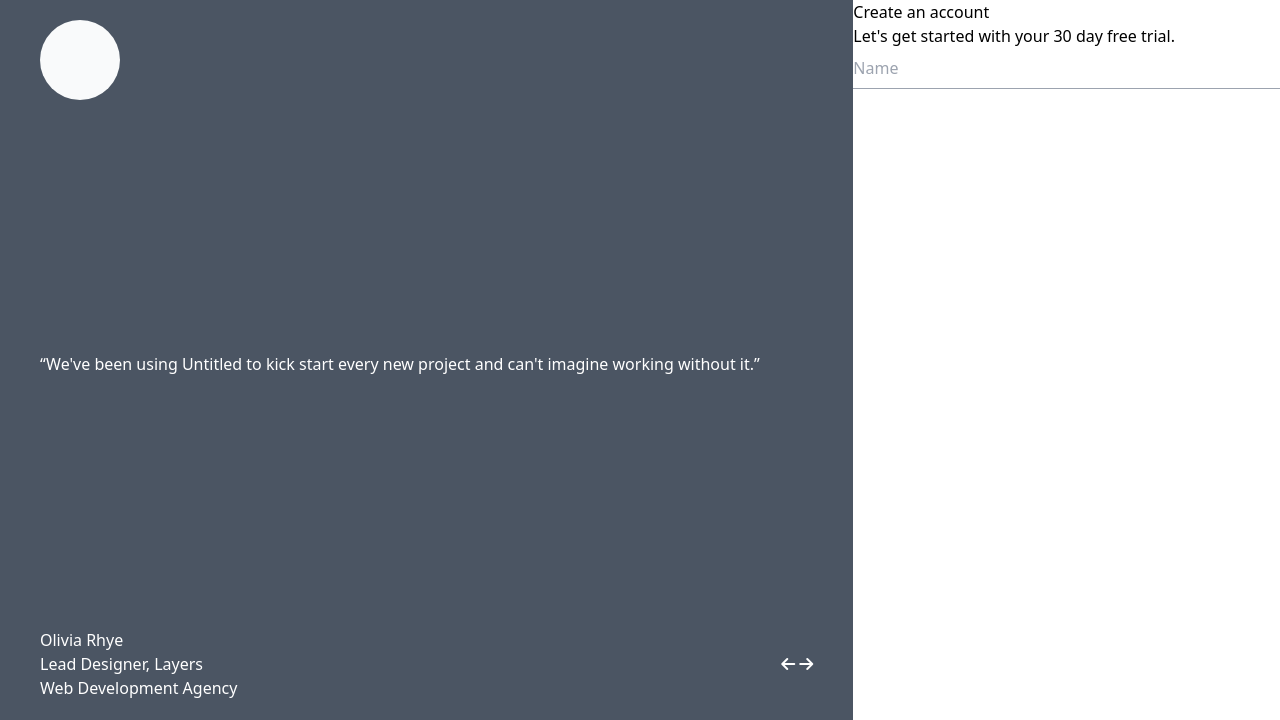
Repository: debthebuilder/youtube-html-contact-form-tailwindcss
Page: contact.html
The author's editor kept a copy of each file at every save. The page is drawn from the files as they stood at one save, then again after the next save.
The browser window is 1280 px wide. The pictures show the whole page.
Some web libraries are served in a nearby version.

Above is the page before, as saved 2022-08-03 05:42:46.

### contact.html
<!DOCTYPE html>
<html lang="en">
<head>
    <meta charset="UTF-8">
    <meta http-equiv="X-UA-Compatible" content="IE=edge">
    <meta name="viewport" content="width=device-width, initial-scale=1.0">
    <link rel="stylesheet" href="https://cdnjs.cloudflare.com/ajax/libs/font-awesome/6.1.2/css/all.min.css" integrity="sha512-1sCRPdkRXhBV2PBLUdRb4tMg1w2YPf37qatUFeS7zlBy7jJI8Lf4VHwWfZZfpXtYSLy85pkm9GaYVYMfw5BC1A==" crossorigin="anonymous" referrerpolicy="no-referrer" />
    <script src="https://cdn.tailwindcss.com"></script>
    <title>HTML Contact Form</title>
</head>
<body>
    <div class="w-full h-screen flex">
        <!--Background Image with Overlay text-->
        <div class="w-4/6 bg-gray-600 text-white flex flex-col justify-between py-5 px-10">
            <a href="#" class="block">
                <div class="w-20 h-20 bg-gray-50 rounded-full"></div>
            </a>
            <q>We've been using Untitled to kick start every new project and can't imagine working without it.</q>
            <div class="flex flex-row items-center justify-between">
                <div>
                    <h3>Olivia Rhye</h3>
                    <div>Lead Designer, Layers</div>
                    <span>Web Development Agency</span>
                </div>
                <div>
                    <span>
                        <i class="fa-solid fa-arrow-left"></i>
                    </span>
                    <span>
                        <i class="fa-solid fa-arrow-right"></i>
                    </span>
                </div>
            </div>
        </div>
        <!--Form-->
        <div class="w-2/6">
            <h2>Create an account</h2>
            <span>Let's get started with your 30 day free trial.</span>
            <form>
                <input type="text" name="name" placeholder="Name" class="w-full border-b border-gray-400 pb-2 focus:outline-none focus:border-0 focus:border-b-2 my-2">
            </form>
        </div>
    </div>
</body>
</html>

After the next save:
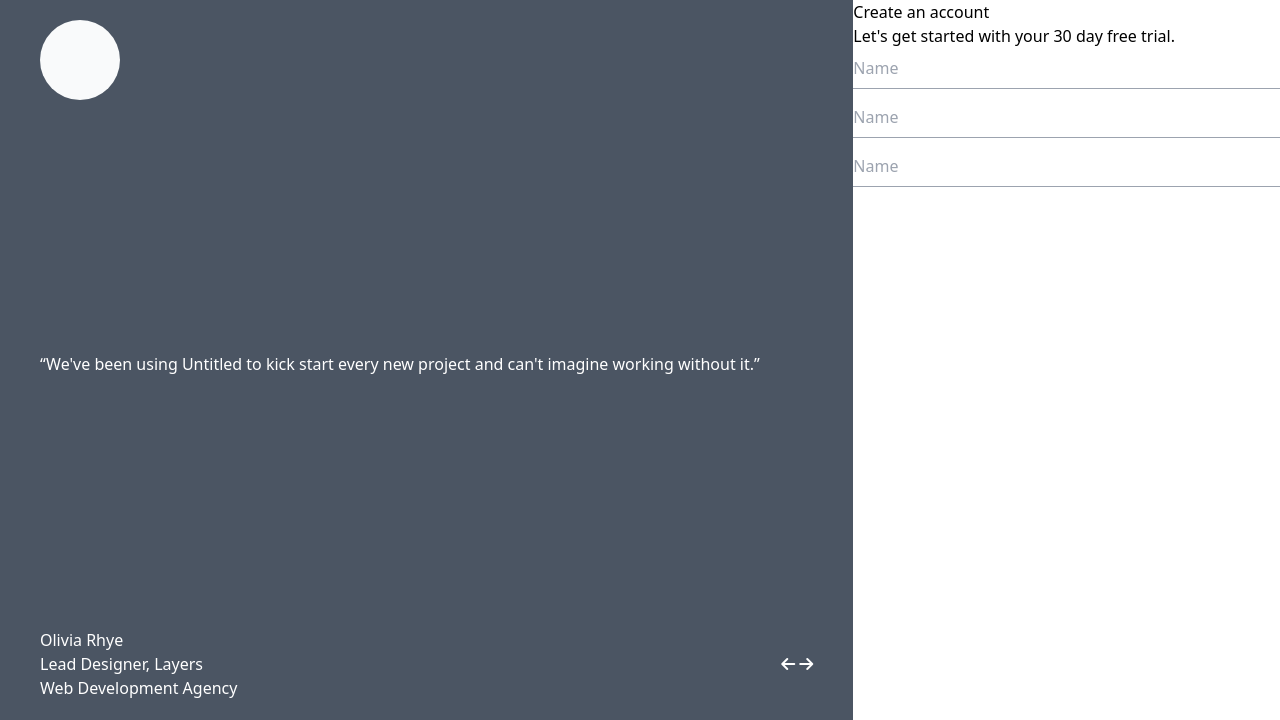
Saved 9 s later.
--- a/contact.html
+++ b/contact.html
@@ -38,6 +38,8 @@
             <span>Let's get started with your 30 day free trial.</span>
             <form>
                 <input type="text" name="name" placeholder="Name" class="w-full border-b border-gray-400 pb-2 focus:outline-none focus:border-0 focus:border-b-2 my-2">
+                <input type="text" name="name" placeholder="Name" class="w-full border-b border-gray-400 pb-2 focus:outline-none focus:border-0 focus:border-b-2 my-2">
+                <input type="text" name="name" placeholder="Name" class="w-full border-b border-gray-400 pb-2 focus:outline-none focus:border-0 focus:border-b-2 my-2">
             </form>
         </div>
     </div>
